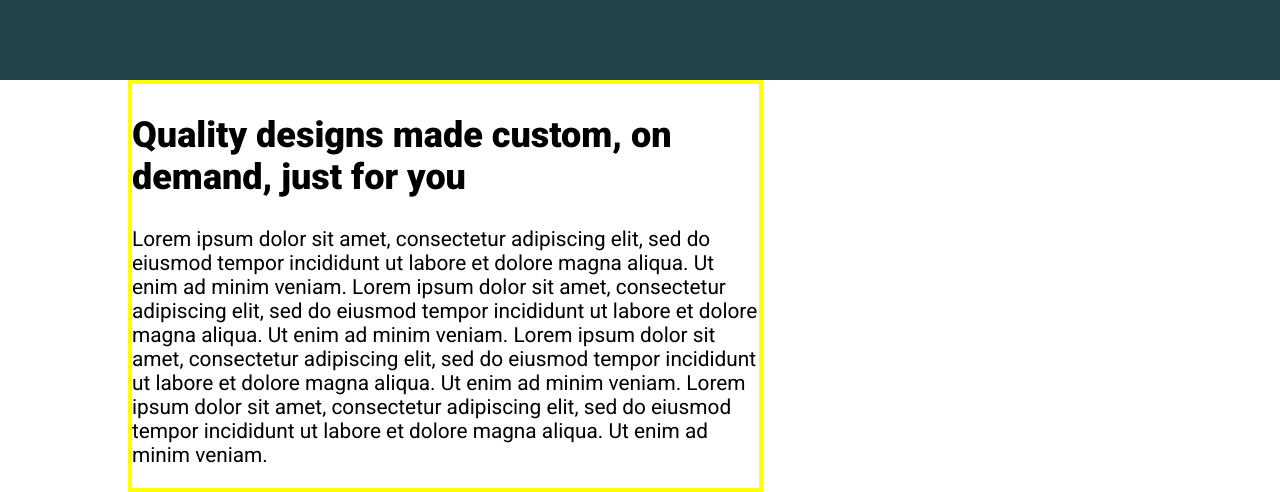
Repository: cipdanila/KP-CodePen-Home-Conquering-Responsive-Layouts-flexbox-challenge-2
Page: index.html
These files come from the project's save history. The page is drawn as it stood at one moment and after the next save; the edit follows.
The browser window is 1280 px wide. The pictures show the part of the page from y = 464 to 956 px (the page is 956 px tall).
A picture or video elsewhere on the page could not be fetched, so the positions and the page height are approximate.

Above is the page before, as saved 2024-03-28 20:30:09.

### index.html
<!DOCTYPE html>
<html lang="en">
    <head>
        <meta charset="UTF-8" />
        <meta name="viewport" content="width=device-width, initial-scale=1.0" />
        <title>Conquering Rsponsive Layouts</title>
        <link href="https://fonts.googleapis.com/css2?family=Roboto:wght@400;900&display=swap" rel="stylesheet" />
        <link rel="stylesheet" href="style.css" />
    </head>
    <body>
        <div class="hero">
            <div class="container row">
                <div class="hero__text">
                    <h1>Responsive layouts don’t have to be a struggle</h1>
                    <p>
                        Lorem ipsum dolor sit amet, consectetur adipiscing elit, sed do eiusmod tempor incididunt ut labore et
                        dolore magna aliqua. Ut enim ad minim veniam.
                    </p>
                    <a href="#" class="btn">I want to learn</a>
                </div>
                <div class="hero__img">
                    <img src="/img/hero-img.jpg" alt="website sketches" />
                </div>
            </div>
        </div>
        <div class="container row">
            <div class="hero__text">
                <h2>Quality designs made custom, on demand, just for you</h2>
                <p>
                    Lorem ipsum dolor sit amet, consectetur adipiscing elit, sed do eiusmod tempor incididunt ut labore et dolore
                    magna aliqua. Ut enim ad minim veniam. Lorem ipsum dolor sit amet, consectetur adipiscing elit, sed do eiusmod
                    tempor incididunt ut labore et dolore magna aliqua. Ut enim ad minim veniam. Lorem ipsum dolor sit amet,
                    consectetur adipiscing elit, sed do eiusmod tempor incididunt ut labore et dolore magna aliqua. Ut enim ad
                    minim veniam. Lorem ipsum dolor sit amet, consectetur adipiscing elit, sed do eiusmod tempor incididunt ut
                    labore et dolore magna aliqua. Ut enim ad minim veniam.
                </p>
            </div>
        </div>
    </body>
</html>

### style.css
/*
////// For this challenge ///////

- All text is in the text.md file

    Requirements
1. Refer to the design specs for the
    overall layout
2. The image should line up with
    the sidebar in the section
    below

*/

*, *::before, *::after {
    box-sizing: border-box;
}

body {
    margin: 0;
    font-family: 'Roboto', sans-serif;
    font-size: 1.3rem;
}

img {
    max-width: 100%;
}

h1 {
    font-size: 3rem;
    margin-top: 0;
}

h2 {
    font-size: 2.25rem;
    color: ;
}

.container {
    width: 80%;
    max-width: 1100px;
    margin: 0 auto;
}

.row {
    /* display: flex => flex container */
    display: flex;
    justify-content: space-between;

    /* can't use yet */
    /* gap: 100px; */
}

.col {
    /* these are now flex items */
    width: 100%;
}

.col + .col {
    margin-left: 30px;
}

.hero {
    padding: 100px 0;
    background-color: #23424A;
    color: #FFF;
}

.hero__text {
    border: 4px solid yellow;   /* to delete */
    width: 62%;
}

.hero__img {
    border: 4px solid green;    /* to delete */
    width: 32%;
    align-self: flex-start;
}

.hero p {
    margin-bottom: 3em;
}

.btn {
    display: inline-block;
    text-decoration: none;
    text-transform: uppercase;
    color: #23424A;
    font-weight: 900;
    background-color: #38CFD9;
    padding: .75em 2em;
    border-radius: 100px;
}

.btn:hover,
.btn:focus {
    opacity: .75;
}

After the next save:
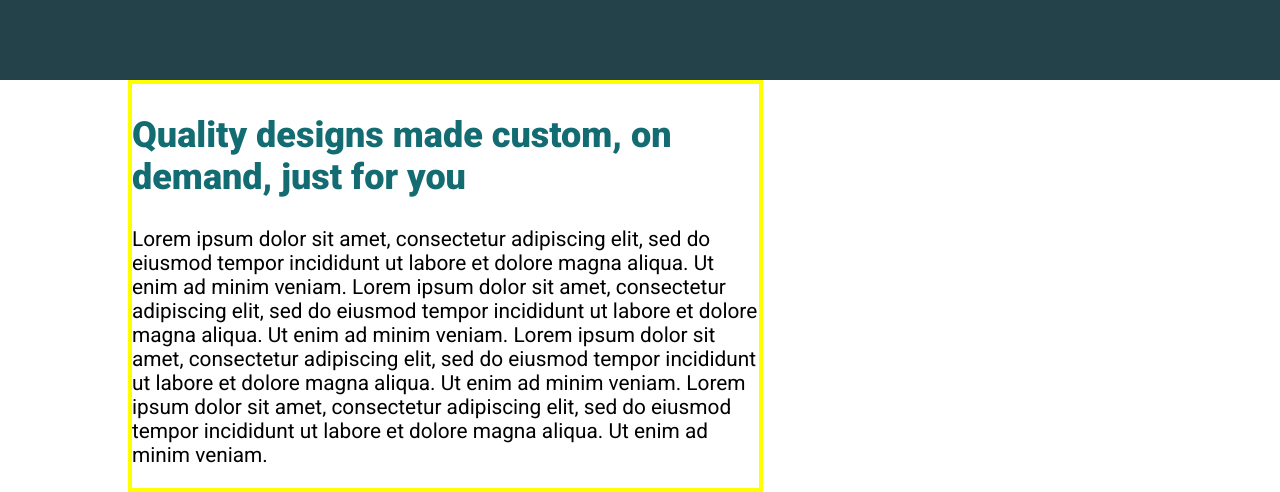
Saved 11 s later.
--- a/style.css
+++ b/style.css
@@ -33,7 +33,7 @@
 
 h2 {
     font-size: 2.25rem;
-    color: ;
+    color: #136c72;
 }
 
 .container {
